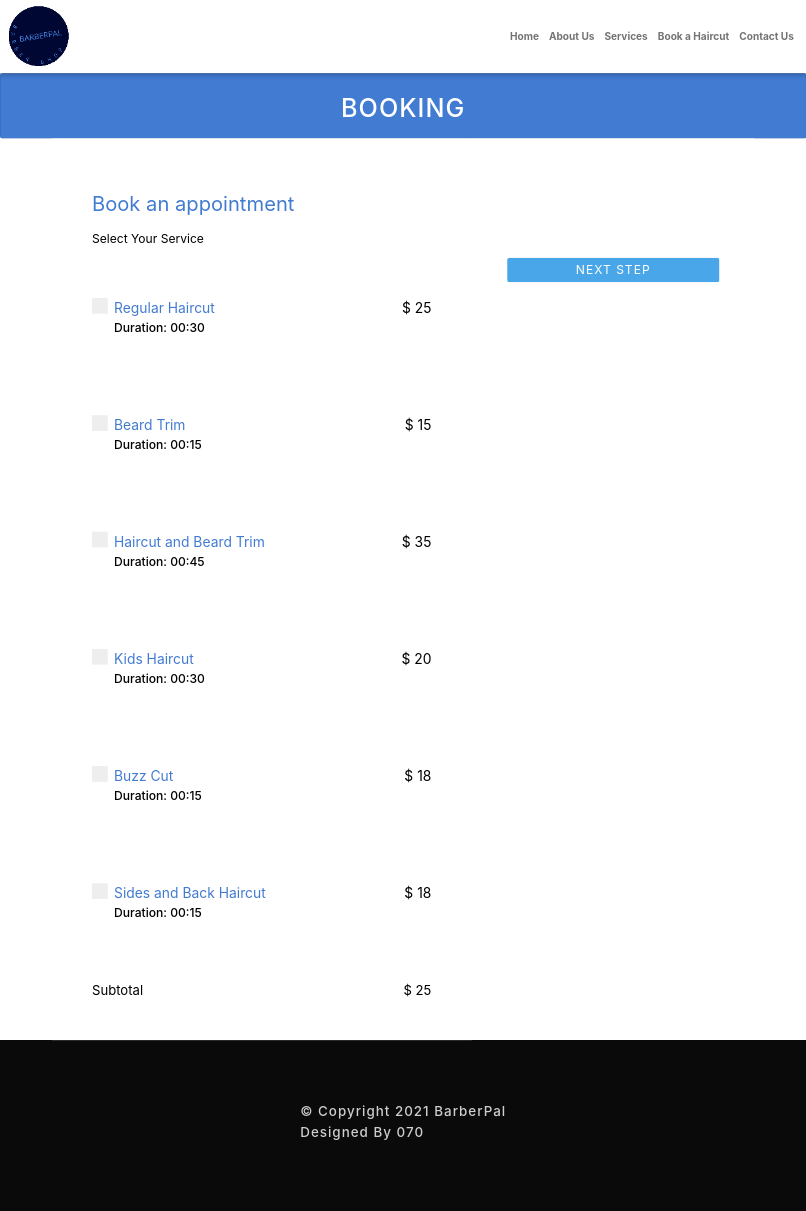
Repository: ofovweewere/haircutPal
Page: /services
An editor plug-in stored every save of this project. The page is shown before and after the next save, followed by the edit.
The browser window is 1280 px wide. The pictures show the whole page, at 63% of full size.
The project was rebuilt for these pictures with package versions that can differ from the ones it lists, and the page was loaded fresh each time. Also part of the build but not shown: src/tutorial/0-Practice/bookCut.js, src/tutorial/0-Practice/about.js, src/tutorial/0-Practice/servicesAndProducts.js, src/tutorial/0-Practice/contact.js, src/tutorial/0-Practice/landing.js, src/tutorial/0-Practice/checkboxOptionTwo.js, src/tutorial/0-Practice/error.js.

Above is the page before, as saved 2022-06-25 13:42:10.

After the next save:
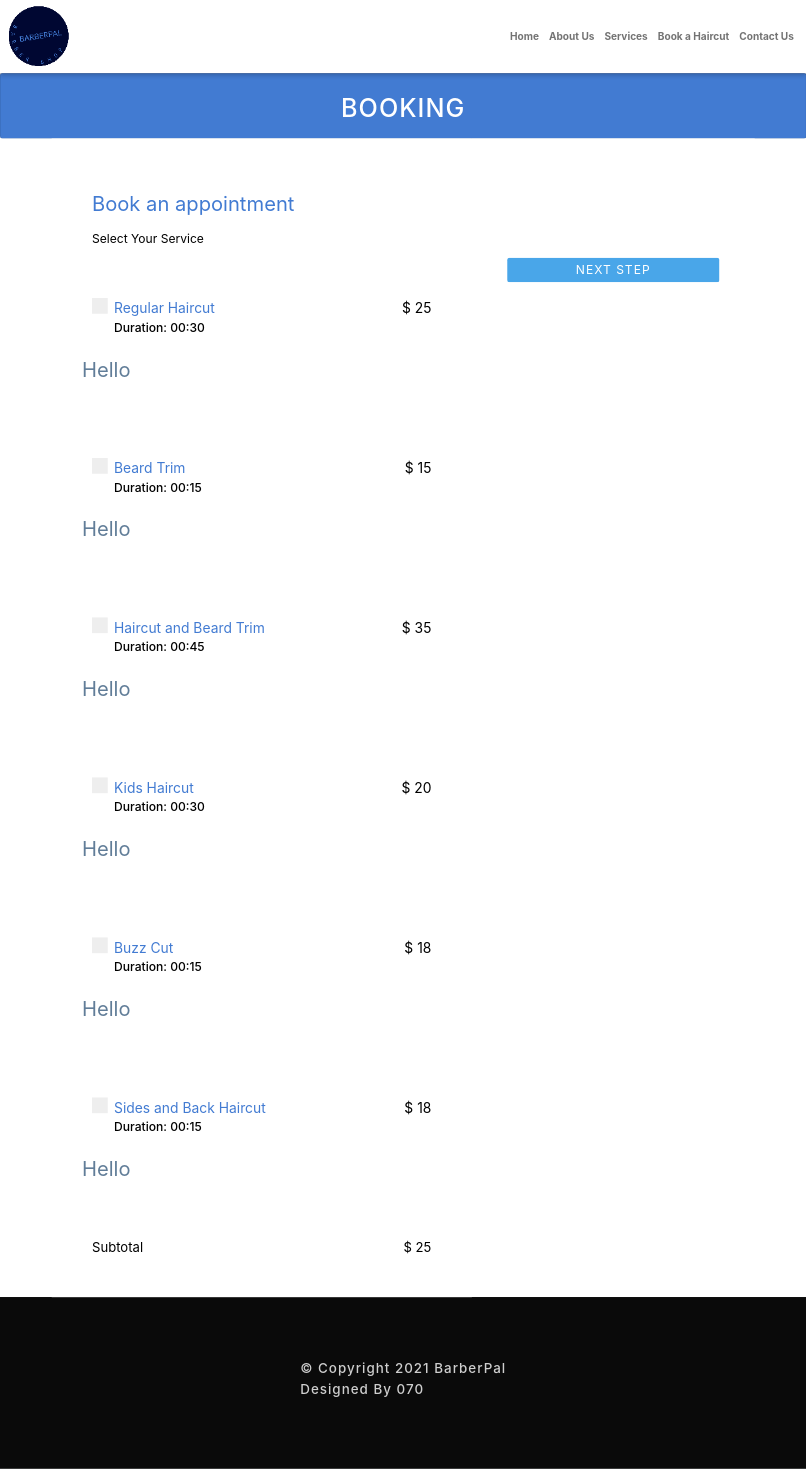
Saved 77 s later.
--- a/src/tutorial/0-Practice/checkboxOption.js
+++ b/src/tutorial/0-Practice/checkboxOption.js
@@ -76,6 +76,7 @@ const CheckboxOption = ({title, description, cost, idd}) => {
                 </tr> */}
               </tbody>
             </table>
+            <p>Hello</p>
           </div>
           {/* <div style={{color:'#427bd2',fontWeight:'normal'}} >
              <label class="containers">
@@ -87,6 +88,7 @@ const CheckboxOption = ({title, description, cost, idd}) => {
             <div class='smallText'style={{color:'black', fontWeight:'normal'}}>
                 Duration: {description}
             </div> */}
+
         </div>
       </div>
     </>
